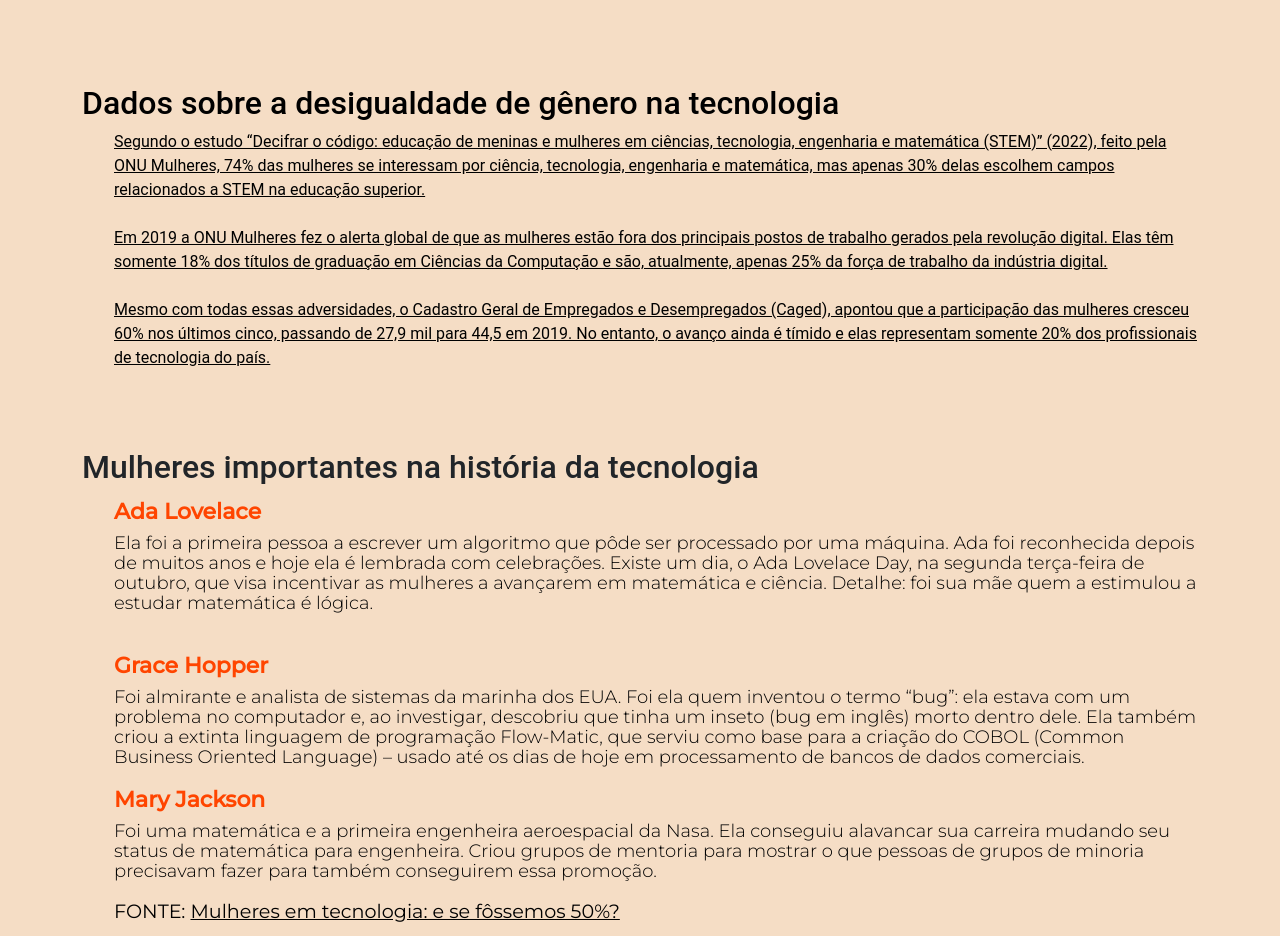
Repository: BellsBarbosa/ODS5_IGUALDADE_DE_GENERO
Page: index.html
The author's editor kept a copy of each file at every save. The page is drawn from the files as they stood at one save, then again after the next save.
The browser window is 1280 px wide. The pictures show the part of the page from y = 1284 to 2220 px (the page is 3170 px tall).
A picture or video elsewhere on the page could not be fetched, so the positions and the page height are approximate.

Above is the page before, as saved 2023-08-11 16:32:46.

After the next save:
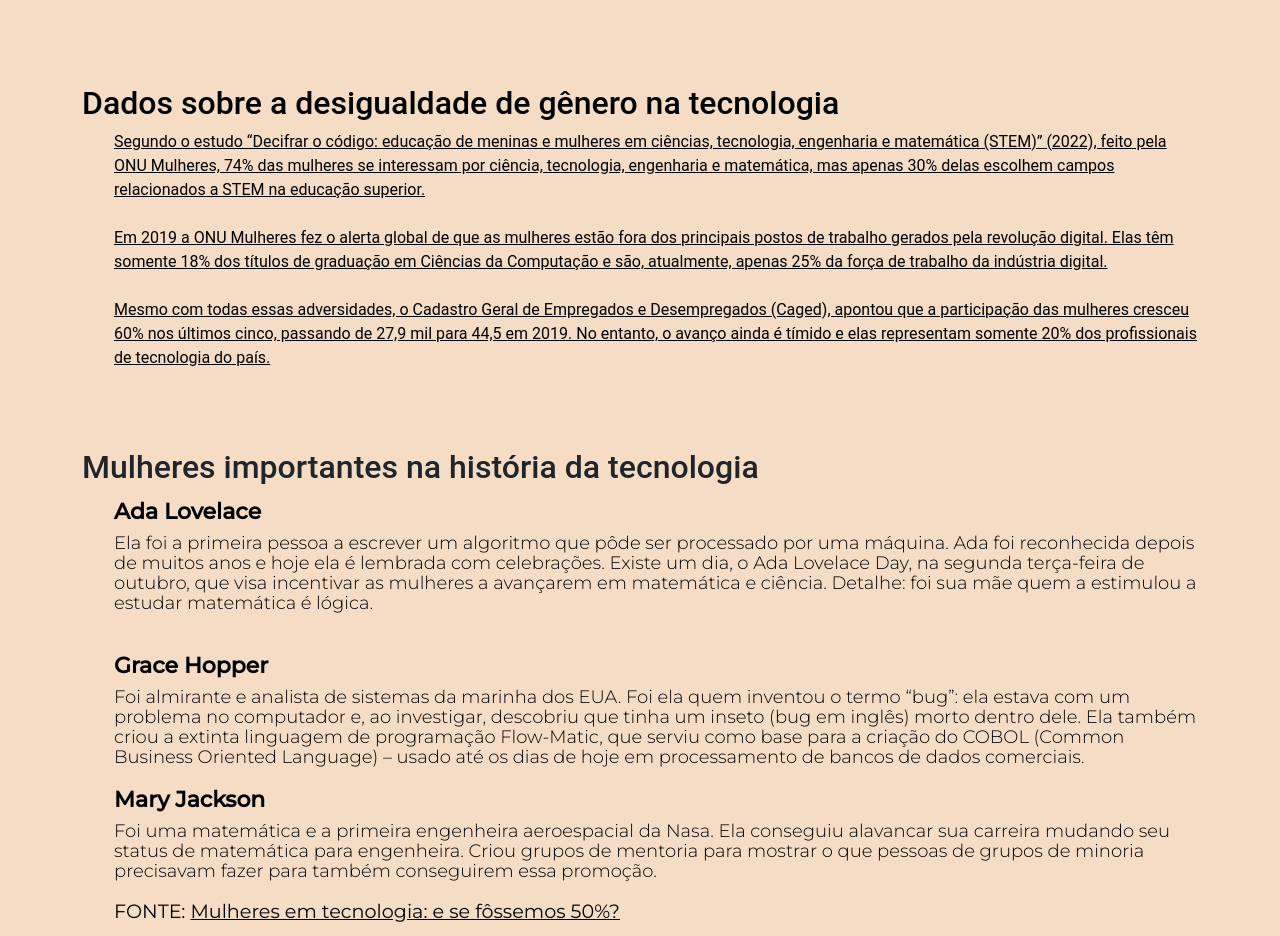
Saved 16 s later.
--- a/style.css
+++ b/style.css
@@ -96,7 +96,7 @@
  .lista-titulo {
    margin-bottom: 5px;
    font-size: 22px;
-   color: #FF4500;
+   color: #00000;
    font-weight: 700;
  }
 
